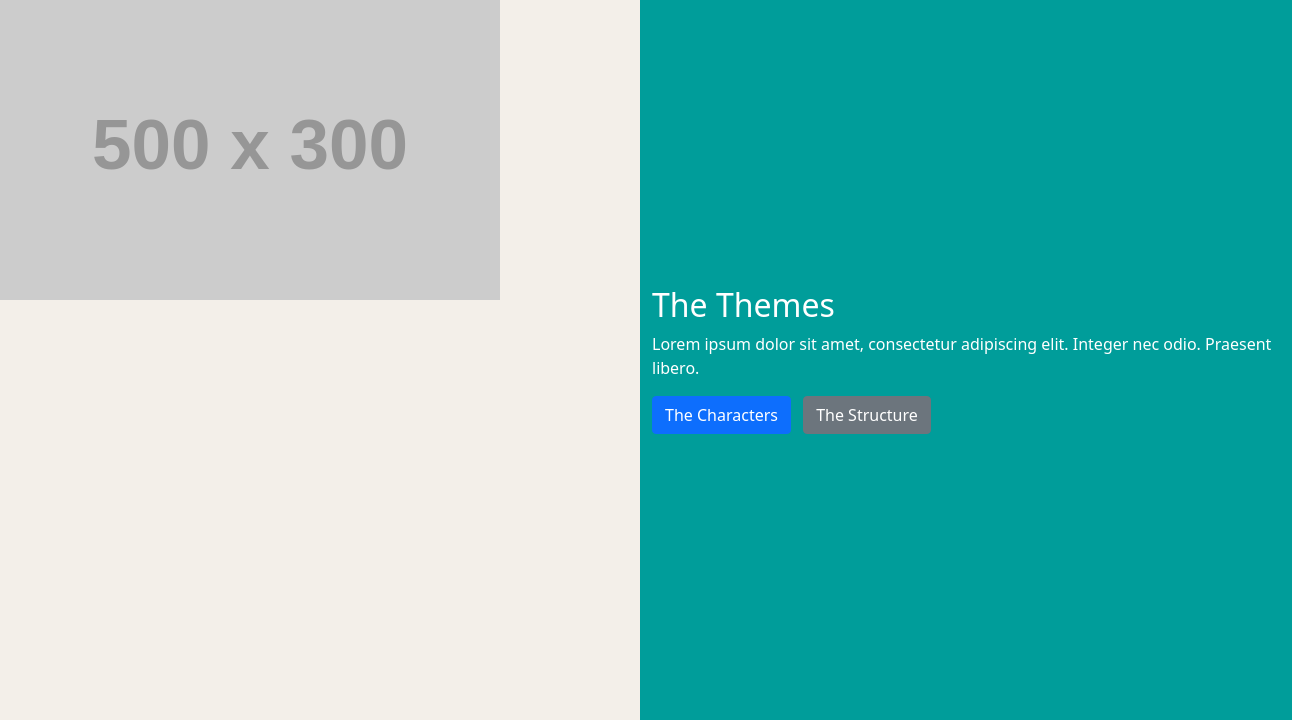
Repository: angelica-hom/msdv-thesis
Page: themes.html
The author's editor kept a record of every edit. The page is drawn from the files as they stood at one moment, then again after the next edit.
The browser window is 1280 px wide. The page is 1292 px wide, then 1280 px, so the pictures cover 1292 px, including what lies to the right of the window. The pictures show the whole page.

Above is the page before.

### themes.html
<!doctype html>
<html lang="en">
<head>
    <meta charset="utf-8">
    <meta name="viewport" content="width=device-width, initial-scale=1">
    <link href="https://cdn.jsdelivr.net/npm/bootstrap@5.1.3/dist/css/bootstrap.min.css" rel="stylesheet">
    <link href="themes.css" rel="stylesheet">
    <title>Responsive Webpage with Image and Text</title>
</head>
<body>
    <div class="container-fluid">
        <div class="row">
            <div class="col-md-6 left-section">
                <img src="https://via.placeholder.com/500x300" alt="Static image" class="img-fluid">
            </div>
            <div class="col-md-6 d-flex flex-column justify-content-center right-section">
                <h2>The Themes</h2>
                <p>Lorem ipsum dolor sit amet, consectetur adipiscing elit. Integer nec odio. Praesent libero.</p>
                <div>
                    <a href="characters.html" class="btn btn-primary me-2">The Characters</a>
                    <a href="structure.html" class="btn btn-secondary">The Structure</a>
                </div>
            </div>
        </div>
    </div>

    <script src="themes.js"></script>
    <script src="https://cdn.jsdelivr.net/npm/@popperjs/core@2.11.6/dist/umd/popper.min.js"></script>
    <script src="https://cdn.jsdelivr.net/npm/bootstrap@5.1.3/dist/js/bootstrap.min.js"></script>
</body>
</html>

### themes.css
body, html {
    margin: 0;
    height: 100%;
}

.container-fluid {
    height: 100%;
    padding: 0;
}

.row {
    height: 100%;
}

.left-section {
    background-color: #F3EFE9;
}

.right-section {
    background-color: #009D9A;
    color: #FFF; /* Set text color to white for better contrast */
}

Loaded but not shown: themes.js (no copy from this time; the picture is the same without it)

After the next edit:
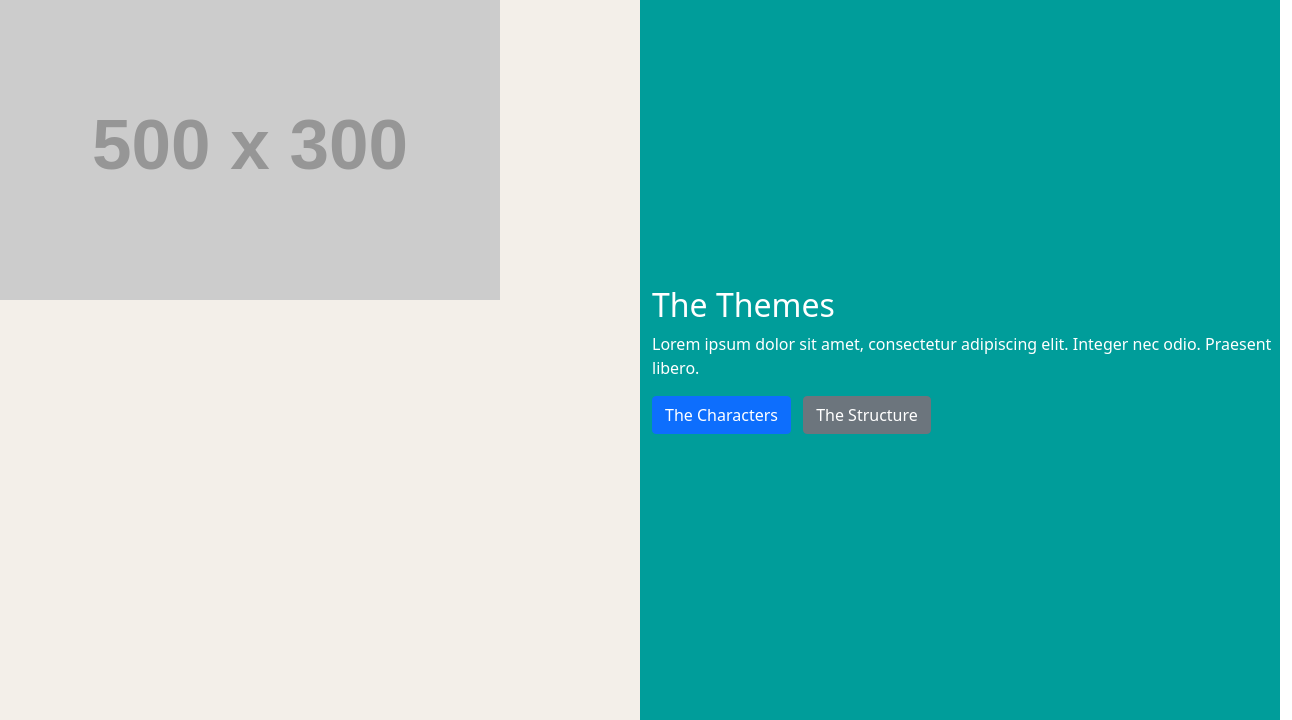
The edit:
--- a/themes.css
+++ b/themes.css
@@ -1,6 +1,7 @@
 body, html {
     margin: 0;
     height: 100%;
+    overflow-x: hidden;
 }
 
 .container-fluid {
